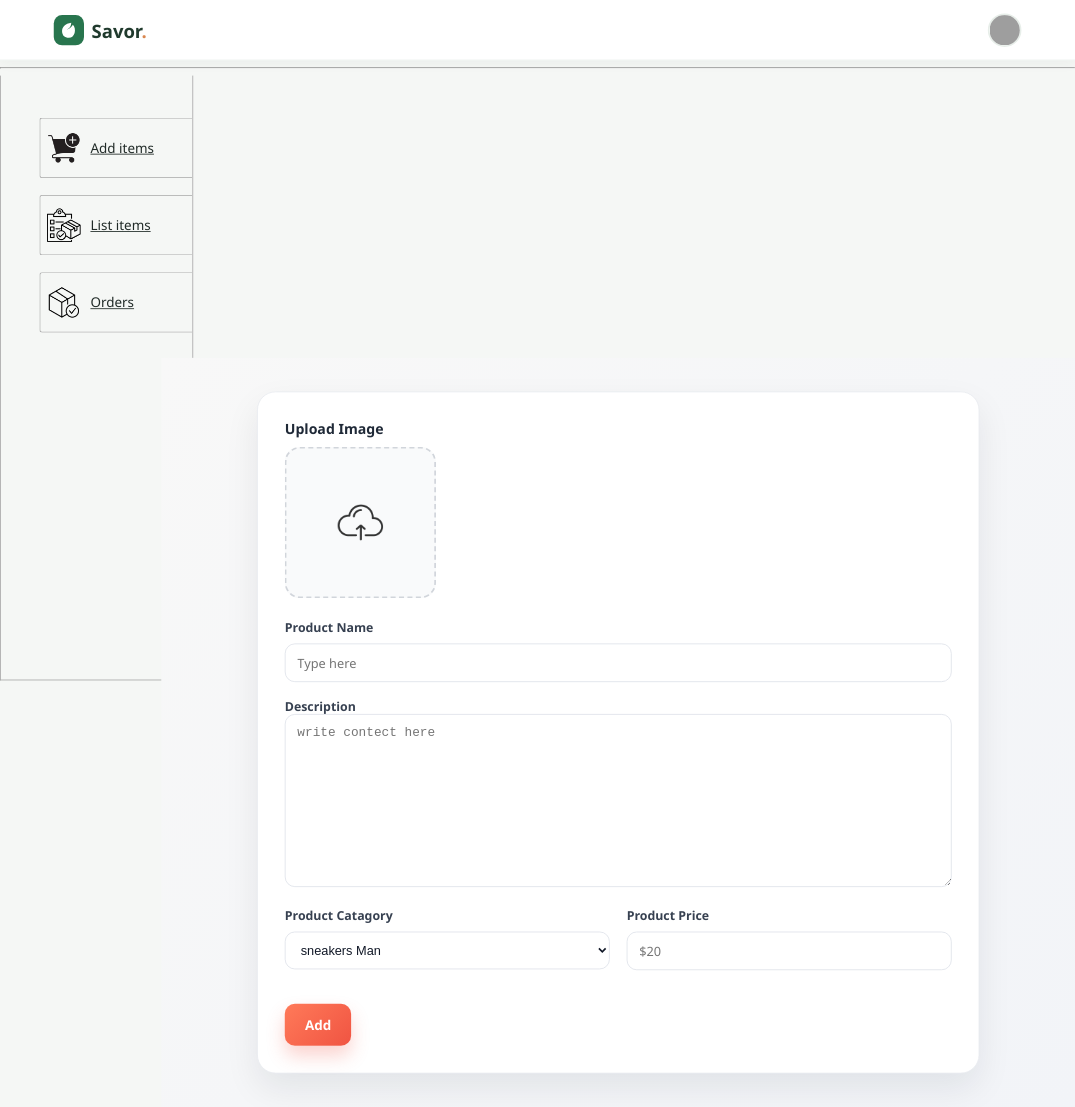
Repository: prince44991/Ecommerce-Project-Full-Stack
Page: /Additem (app in admin/my-react-app/)
The author's editor kept a copy of each file at every save. The page is drawn from the files as they stood at one save, then again after the next save.
The browser window is 1280 px wide. The pictures show the whole page, at 84% of full size.
Pictures or frames that could not be fetched are drawn as grey boxes. The project was rebuilt for these pictures with package versions that can differ from the ones it lists, and the page was loaded fresh each time. Also part of the build but not shown: admin/my-react-app/vite.config.js, admin/my-react-app/src/pages/Order/Order.jsx, admin/my-react-app/src/pages/List/List.jsx.

Above is the page before, as saved 2026-09-29 21:19:13.

After the next save:
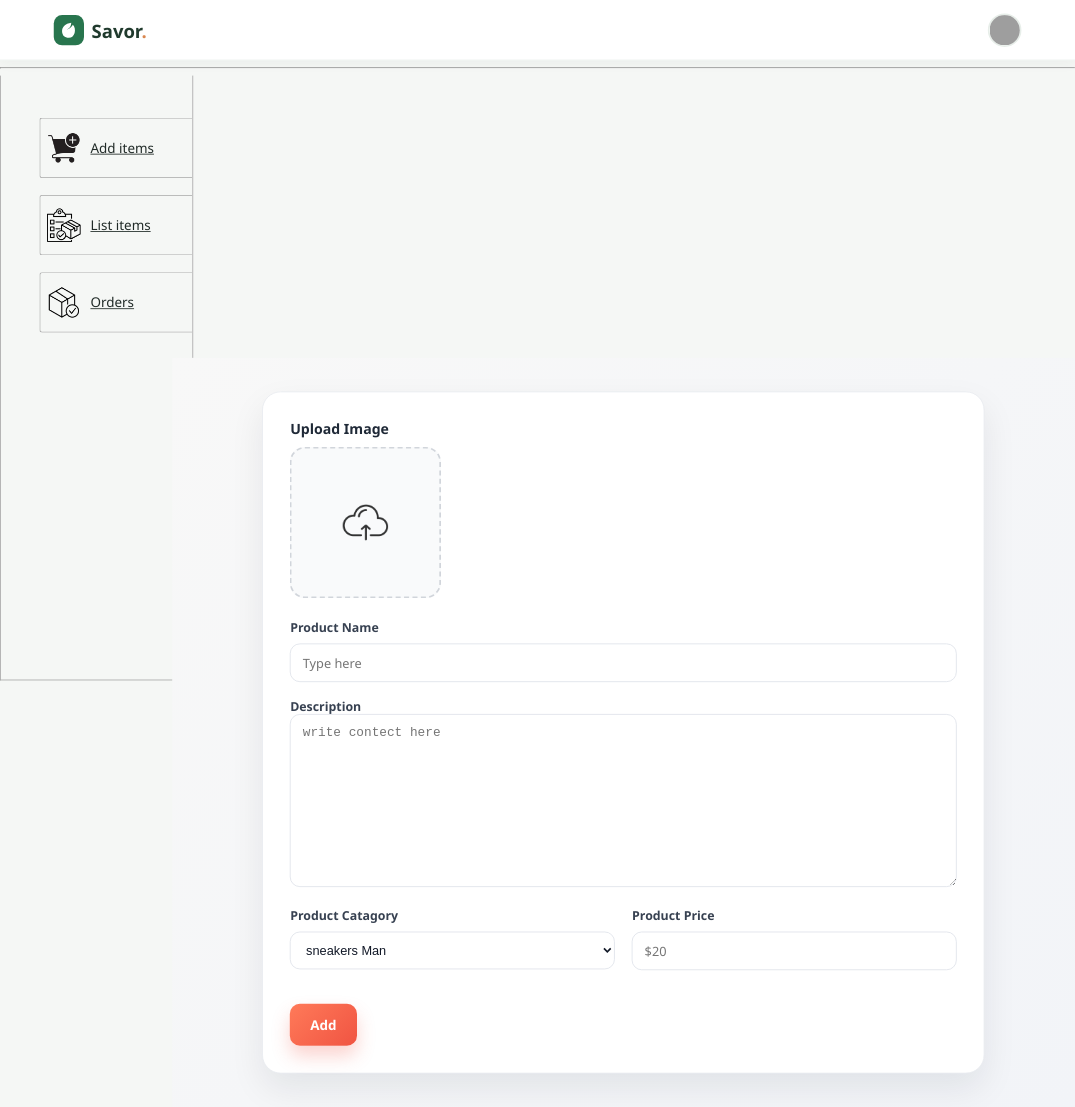
Saved 7 s later.
--- a/admin/my-react-app/src/pages/Add/Add.css
+++ b/admin/my-react-app/src/pages/Add/Add.css
@@ -6,7 +6,7 @@
   background: linear-gradient(135deg, #f8f8f8 0%, #f2f4f8 100%);
   min-height: calc(100vh - 80px);
   margin-top:-30vw;
-  margin-left: 15vw;
+  margin-left: 16vw;
 }
 
 .add form {
